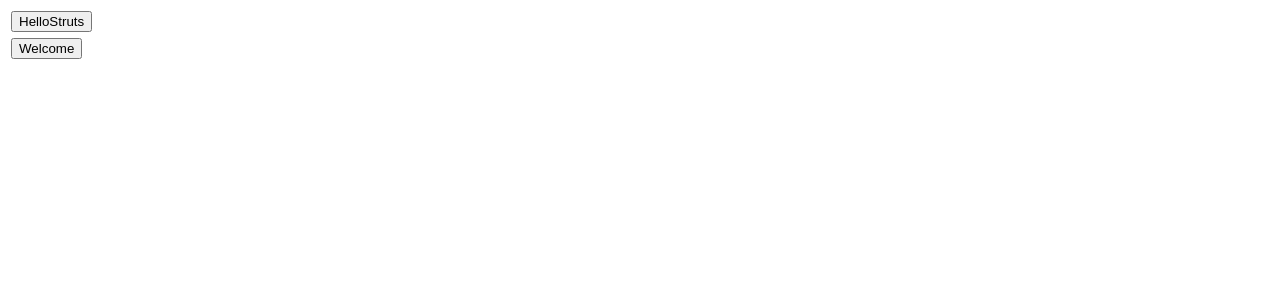
Repository: MurayamaMura/WebProj
Page: http://localhost/WebProj4/
The author's editor kept a copy of each file at every save. The page is drawn from the files as they stood at one save, then again after the next save.
The browser window is 1280 px wide. The pictures show the whole page.
The page is served by Tomcat 9. Other server files are loaded and not shown.

Above is the page before, as saved 2018-06-15 10:38:30.

### WebProj4/WebContent/index.jsp
<%@ page language="java" contentType="text/html; charset=UTF-8"
    pageEncoding="UTF-8"%>
<%@taglib prefix="s" uri="/struts-tags" %>
<!DOCTYPE html>
<html>
<head>
<meta charset="utf-8">
<title>インデックス！</title>
</head>
<body>
	<s:form action="HelloStrutsAction">
	<s:submit value="HelloStruts"/>
	</s:form>

	<s:form action="WelcomeAction">
	<s:submit value="Welcome"/>
	</s:form>

</body>
</html>

After the next save:
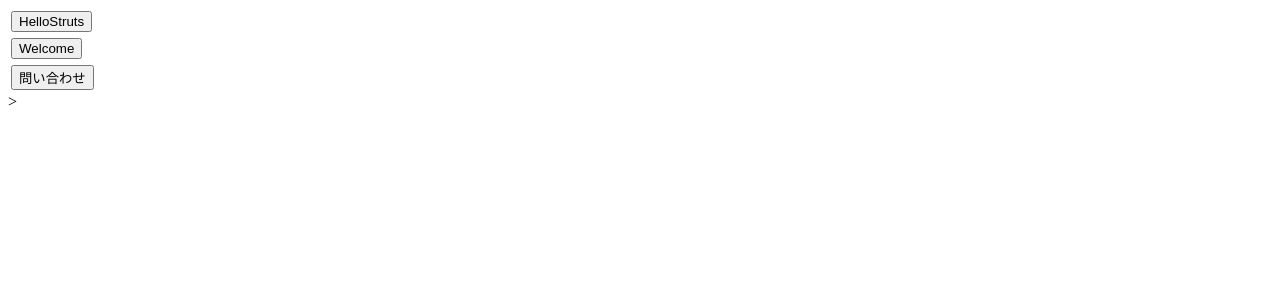
Saved 35 min 31 s later.
--- a/WebProj4/WebContent/index.jsp
+++ b/WebProj4/WebContent/index.jsp
@@ -16,5 +16,9 @@
 	<s:submit value="Welcome"/>
 	</s:form>
 
+	<s:form action="InquiryAction">
+	<s:submit value="問い合わせ"/>
+	</s:form>>
+
 </body>
 </html>
